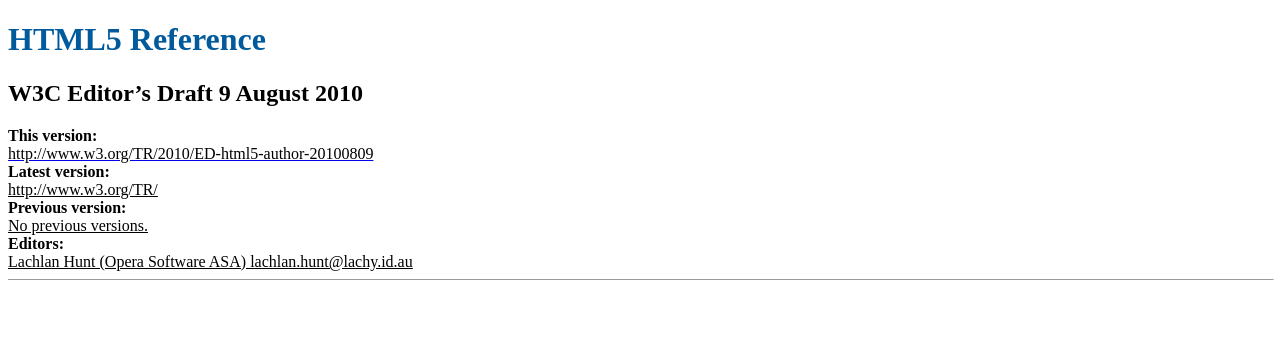
Repository: Hwang-97/HhwDesktop
Page: client/ClientTest/src/main/webapp/html/question/list/q1.html
These files come from the project's save history. The page is drawn as it stood at one moment and after the next save; the edit follows.
The browser window is 1280 px wide. The pictures show the whole page.

Above is the page before, as saved 2021-12-09 10:49:25.

After the next save:
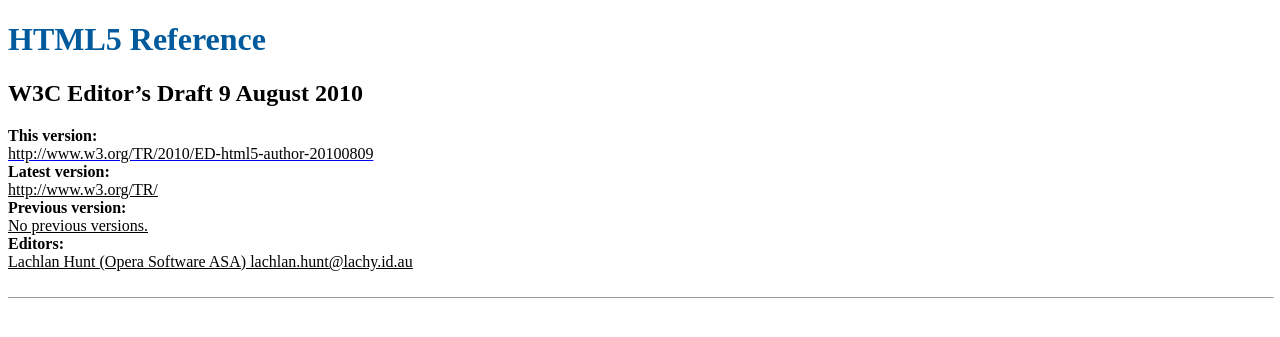
Saved 20 s later.
--- a/client/ClientTest/src/main/webapp/html/question/list/q1.html
+++ b/client/ClientTest/src/main/webapp/html/question/list/q1.html
@@ -26,7 +26,7 @@
 <strong>Editors:</strong><br>
 <a href="Lachlan Hunt (Opera Software ASA) lachlan.hunt@lachy.id.au">
 <font color ="000000"><u>Lachlan Hunt (Opera Software ASA) lachlan.hunt@lachy.id.au</u></font>
-</a><br>
+</a><br><br>
 
 <hr size ="1" width="100%">
 
